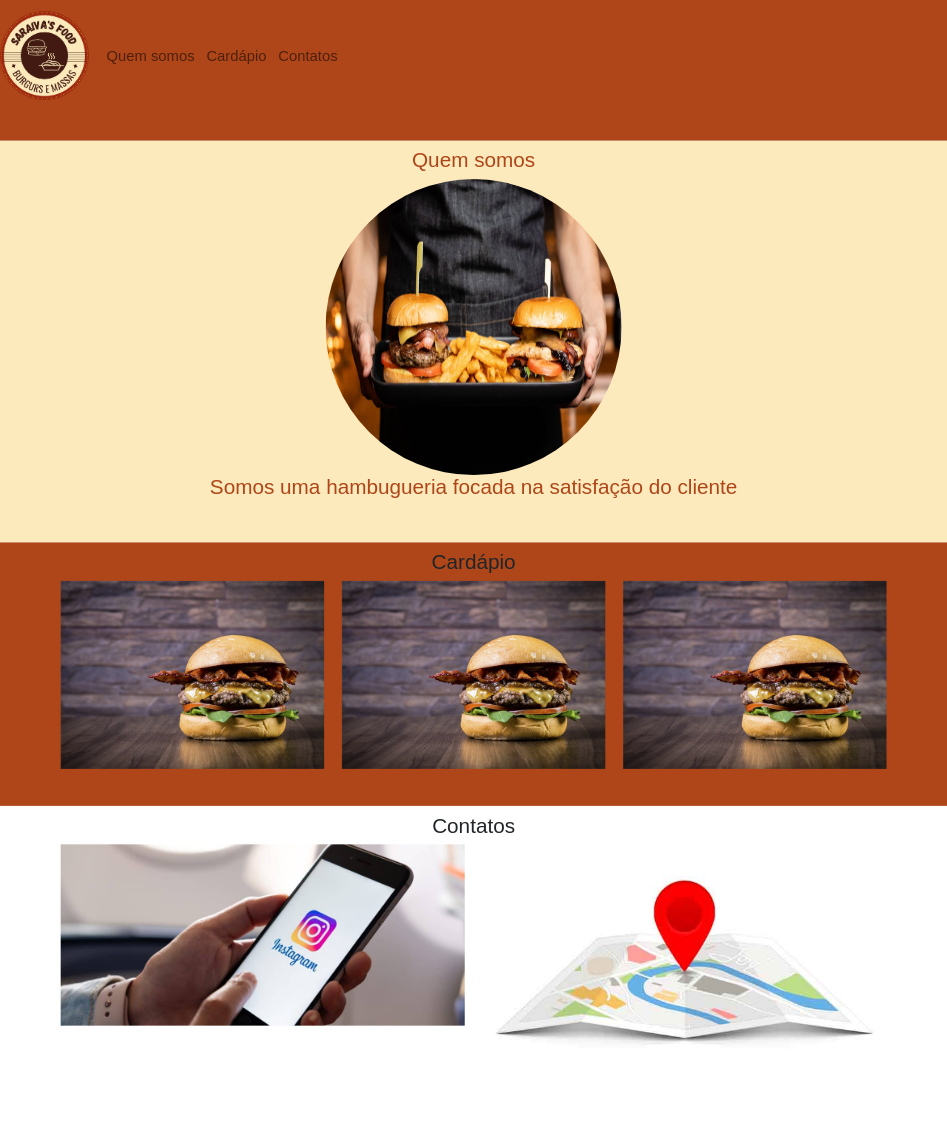
Repository: Tuanemendes/curso_bootstrap
Page: projeto1/index.html
The author's editor kept a copy of each file at every save. The page is drawn from the files as they stood at one save, then again after the next save.
The browser window is 1280 px wide. The pictures show the whole page, at 74% of full size.

Above is the page before, as saved 2022-04-04 17:25:17.

After the next save:
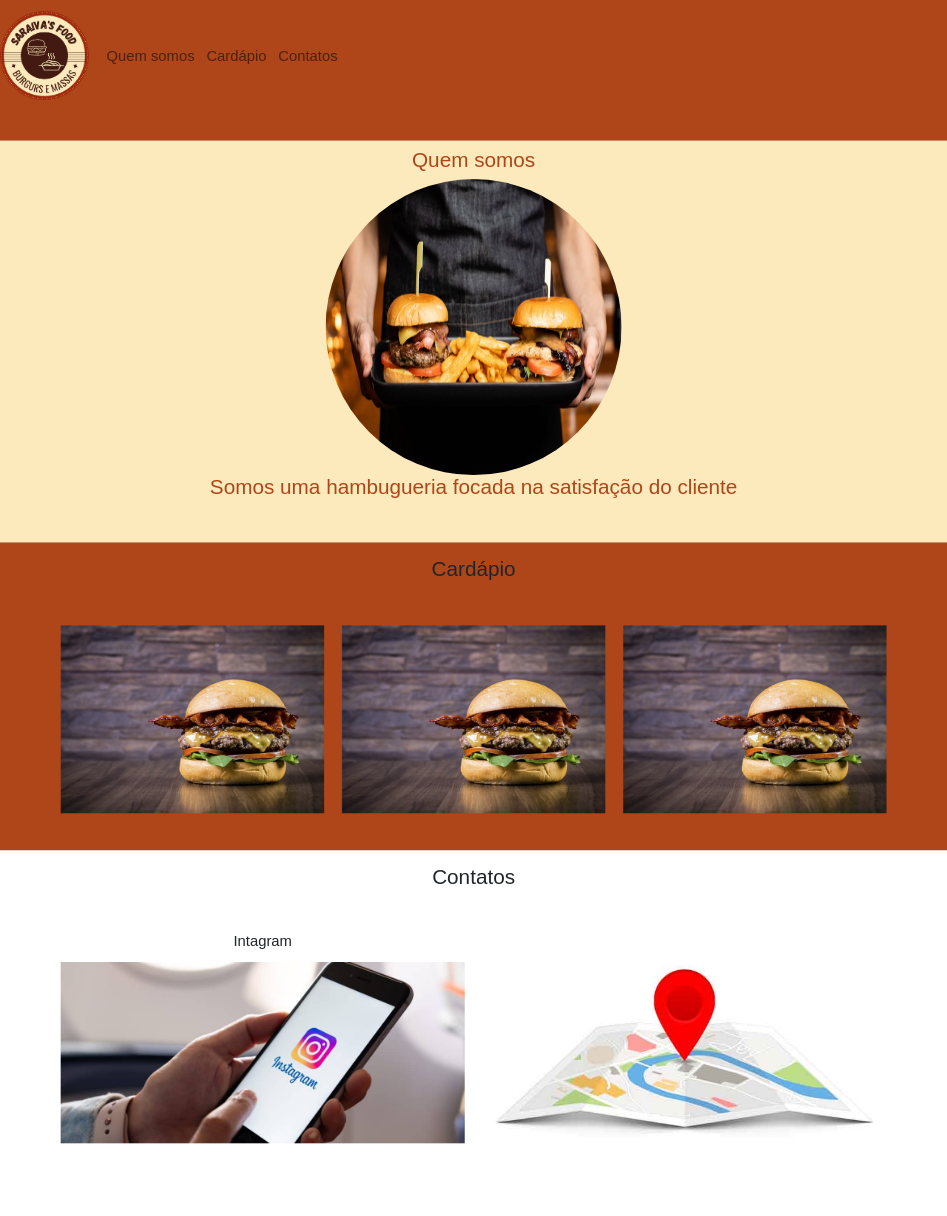
Saved 8 min 25 s later.
--- a/projeto1/index.html
+++ b/projeto1/index.html
@@ -37,7 +37,7 @@
     </section>
     <section id="cardapio">
         <div class="container-fluid text-center margin cardapio">
-           <h3>Cardápio</h3>
+           <h3 class="margin">Cardápio</h3>
             <div class="container">
                 <div class="row">
                     <div class="col-lg-4">
@@ -59,10 +59,11 @@
 
     <section id="contatos">
         <div class="container-fluid text-center margin contatos">
-            <h3>Contatos</h3>
+            <h3 class="margin">Contatos</h3>
             <div class="container">
                 <div class="row">
                     <div class="col-lg-6">
+                        <p> Intagram</p>
                         <img src="/img/Instagram-1-1000x450.jpg" alt="" width="100%">
                     </div>
                     <div class="col-lg-6">
